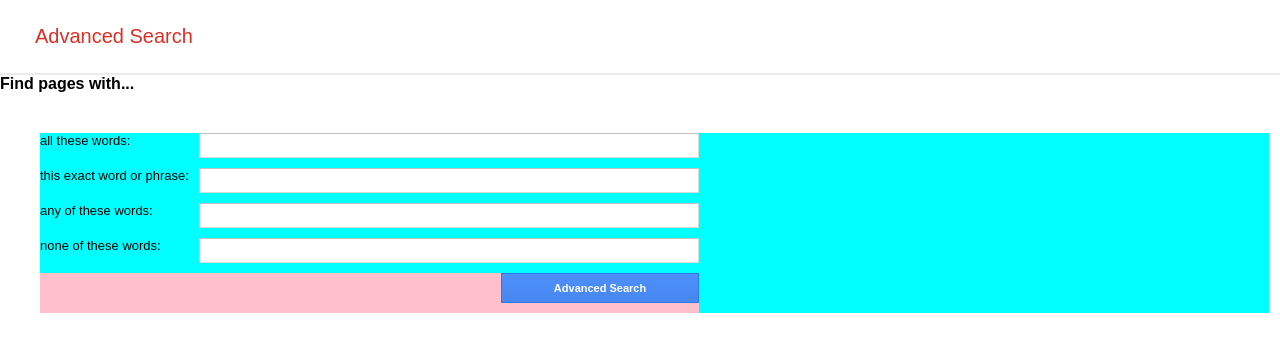
Repository: etentuk/search
Page: advanced_search.html
These files come from the project's save history. The page is drawn as it stood at one moment and after the next save; the edit follows.
The browser window is 1280 px wide. The pictures show the whole page.

Above is the page before, as saved 2021-11-05 16:25:00.

### advanced_search.html
<!DOCTYPE html>
<html lang="en">

<head>
    <link rel="icon" href="./google_search_new_logo_icon_159150.ico">
    <title>Advanced Search</title>
    <link rel="stylesheet" href="styles.css">
    <style>
        .form-content {
            display: flex;
        }

        .form-content .form-label {
            flex: 1;
            font-size: 13px;

        }

        .form-input {
            flex: 1
        }

        .form-input input {
            border-radius: 1px;
            border: 1px solid #d9d9d9;
            border-top: 1px solid #c0c0c0;
            font-size: 13px;
            height: 25px;
            padding: 1px 8px;
            text-align: left;
        }
    </style>
</head>

<body>
    <div id="title">
        Advanced Search
    </div>
    <hr class="solid" style="border:1px solid #ebebeb;">
    <h4>Find pages with...</h4>
    <div>
        <form action="https://google.com/search" id="form">
            <div style="display: table-row;">
                <div class="form-content">
                    <div class="form-label">
                        <label for="as_q">all these words: </label>
                    </div>
                    <div class="form-input">
                        <input type="text" id="as_q" name="as_q">
                    </div>
                </div>
                <div class="form-content">
                    <div class="form-label">
                        <label for="as_epq">this exact word or phrase: </label>
                    </div>
                    <div class="form-input">
                        <input type="text" id="as_epq" name="as_epq">
                    </div>
                </div>
                <div class="form-content">
                    <div class="form-label">
                        <label for="as_oq">any of these words: </label>
                    </div>
                    <div class="form-input">
                        <input type="text" id="as_oq" name="as_oq">
                    </div>
                </div>
                <div class="form-content">
                    <div class="form-label">
                        <label for="as_eq">none of these words: </label>
                    </div>
                    <div class="form-input">
                        <input type="text" id="as_eq" name="as_eq">
                    </div>
                </div>
                <div id="submit">
                    <input type="submit" value="Advanced Search">
                </div>
        </form>
    </div>
</body>

</html>

### styles.css
* {
  margin: 0;
  padding: 0;
  box-sizing: border-box;
  font-family: Arial, sans-serif;
}

#title {
  color: #d93025;
  font-size: 20px;
  margin: 25px 35px;
}

#form {
  /* max-width: 1140px; */
  /* min-width: 100%; */
  background-color: aqua;
  width: 96%;
  margin: 40px;
}

.form-content {
  display: flex;
  flex-direction: row;
}

.form-content label {
  position: flex-start;
  padding-right: 10px;
  float: left;
}

.form-content input {
  position: flex-end;
  float: right;
  width: 500px;
}

label,
input {
  /* float: right; */
  display: table-cell;
  margin-bottom: 10px;
}

#submit {
  text-align: right;
  background-color: pink;
  width: 100%;
}

#submit input {
  border: 1px solid #3079ed;
  box-shadow: none;
  font-size: 11px;
  font-weight: bold;
  color: #fff;
  padding: 8px 12px;
  width: 30%;
  background-color: #4d90fe;
  background-image: -webkit-linear-gradient(top, #4d90fe, #4787ed);
}

After the next save:
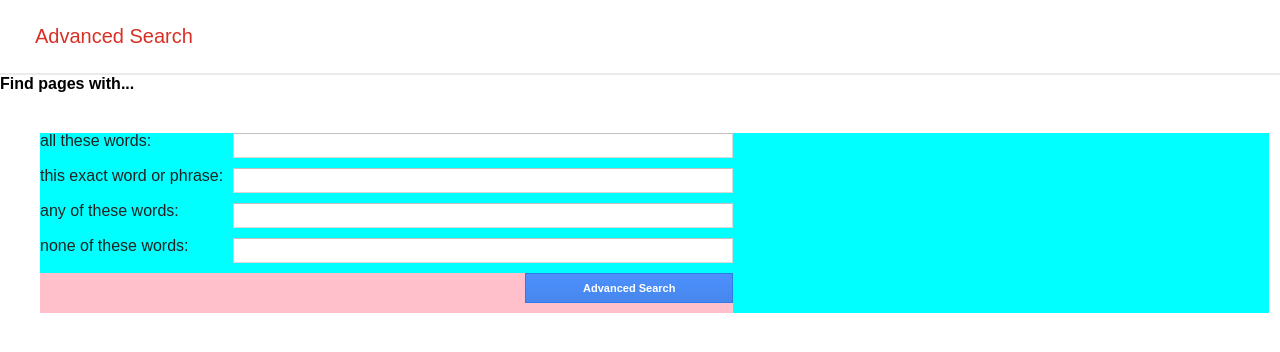
Saved 30 s later.
--- a/advanced_search.html
+++ b/advanced_search.html
@@ -13,7 +13,17 @@
         .form-content .form-label {
             flex: 1;
             font-size: 13px;
-
+            font-family: arial, sans-serif;
+            color: #222;
+            line-height: 16px;
+            margin: 0;
+            padding: 0;
+            border: 0;
+            font-weight: inherit;
+            font-style: inherit;
+            font-size: 100%;
+            vertical-align: baseline;
+            text-decoration: none;
         }
 
         .form-input {
